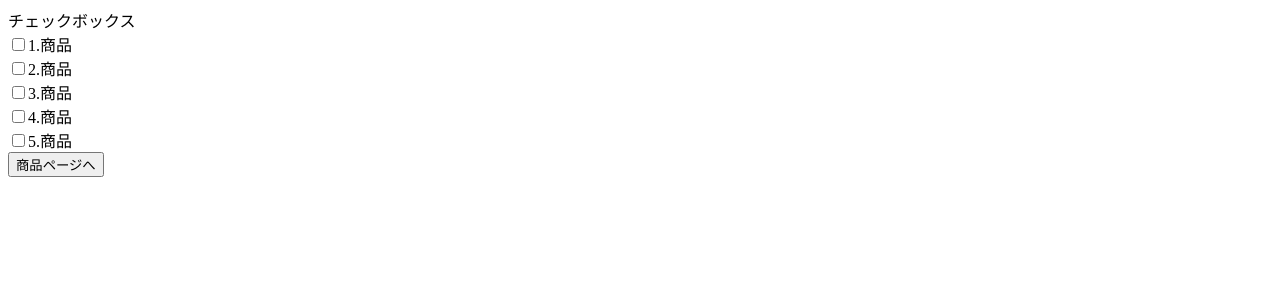
Repository: nathox/backup
Page: http://localhost/Aaaa/a.jsp
An editor plug-in stored every save of this project. The page is shown before and after the next save, followed by the edit.
The browser window is 1280 px wide. The pictures show the whole page.
The page is served by Tomcat 9. Other server files are loaded and not shown.

Above is the page before, as saved 2018-02-05 02:36:49.

### Aaaa/WebContent/a.jsp
<%@ page language="java" contentType="text/html; charset=UTF-8"
    pageEncoding="UTF-8"%>
<!DOCTYPE html PUBLIC "-//W3C//DTD HTML 4.01 Transitional//EN" "http://www.w3.org/TR/html4/loose.dtd">
<html>
<head>
<meta http-equiv="Content-Type" content="text/html; charset=UTF-8">
<title>Insert title here</title>
</head>
<body>



<form name="frmMove">
<script language=javascript>
function obakasannemou(){
objChk = frmMove.chkMove //チェックボックスオブジェクトを参照
str = ""; //チェック内容を代入する変数
for(i = 0 ; i < objChk.length;i++){
if(objChk[i].checked) str += objChk[i].value
}
switch(str){
case "1":
location.href="a.html";
break;
case "2":
location.href="b.html";
break;

case "3":
location.href="a.html";
break;

case "4":
location.href="c.html";
break;

case "5":
location.href="https://www.google.co.jp/maps";
break;

case "125":
location.href="c.html";
break;
}
}
</script>
チェックボックス
<br>
<input type="checkbox" value="1" name="chkMove">1.商品
<br><input type="checkbox" value="2" name="chkMove">2.商品
<br><input type="checkbox" value="3" name="chkMove">3.商品
<br><input type="checkbox" value="4" name="chkMove">4.商品
<br><input type="checkbox" value="5" name="chkMove">5.商品



<br><input type="button" value="商品ページへ" onclick="obakasannemou()">
</form>





</body>
</html>

After the next save:
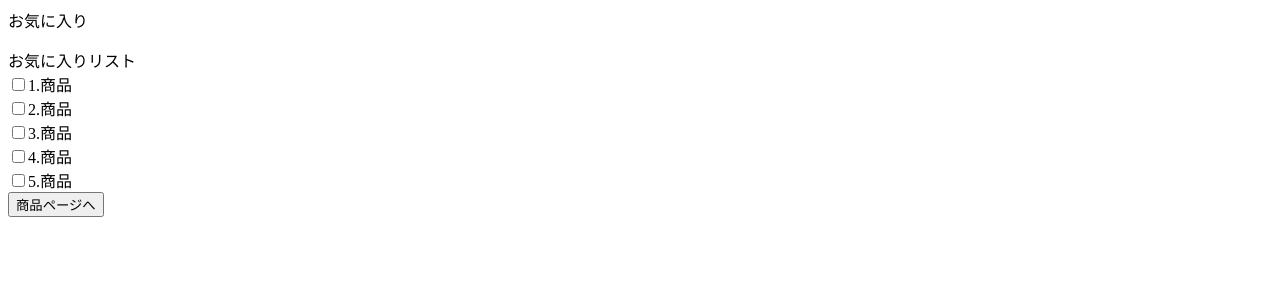
Saved 74 s later.
--- a/Aaaa/WebContent/a.jsp
+++ b/Aaaa/WebContent/a.jsp
@@ -44,7 +44,12 @@ break;
 }
 }
 </script>
-チェックボックス
+
+お気に入り
+<p>
+お気に入りリスト
+
+
 <br>
 <input type="checkbox" value="1" name="chkMove">1.商品
 <br><input type="checkbox" value="2" name="chkMove">2.商品
@@ -55,6 +60,8 @@ break;
 
 
 <br><input type="button" value="商品ページへ" onclick="obakasannemou()">
+
+</p>
 </form>
 
 
